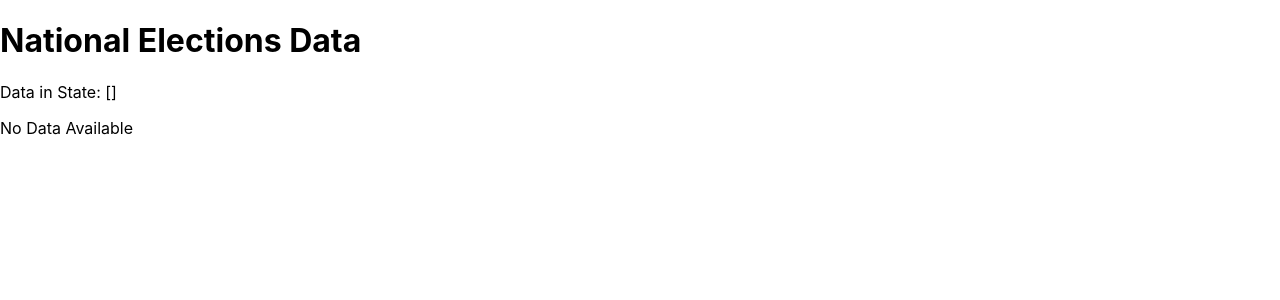
Repository: purushotham012355/votingfrontend
Page: /
These files come from the project's save history. The page is drawn as it stood at one moment and after the next save; the edit follows.
The browser window is 1280 px wide. The pictures show the whole page.
The page's requests for data from a server got no answer. The project was rebuilt for these pictures with package versions that can differ from the ones it lists, and the page was loaded fresh each time. No one was signed in, and anything a server would have sent is missing.

Above is the page before, as saved 2025-03-15 15:02:23.

### src/App.js
import React, { useEffect, useState } from "react";

function App() {
  const [data, setData] = useState([]);

  useEffect(() => {
    fetch("http://localhost:5000/api/national-elections")
      .then((response) => response.json())
      .then((data) => {
        console.log("Fetched Data:", data); // 🔍 Debugging
        setData(data);
      })
      .catch((error) => console.error("Error fetching data:", error));
  }, []);

  return (
    <div>
      <h1>National Elections Data</h1>
      <p>Data in State: {JSON.stringify(data)}</p> {/* Debugging */}

      {data.length === 0 ? (
        <p>No Data Available</p>
      ) : (
        <table border="1">
          <thead>
            <tr>
              <th>ID</th>
              <th>Candidate</th>
              <th>Party</th>
              <th>Votes</th>
            </tr>
          </thead>
          <tbody>
            {data.map((item, index) => (
              <tr key={index}>
                <td>{item.id}</td>
                <td>{item.candidate}</td>
                <td>{item.party}</td>
                <td>{item.votes}</td>
              </tr>
            ))}
          </tbody>
        </table>
      )}
    </div>
  );
}

export default App;

Loaded but not shown: public/index.html (common file); src/index.js (common file); src/index.css (common file); src/reportWebVitals.js (common file)

After the next save:
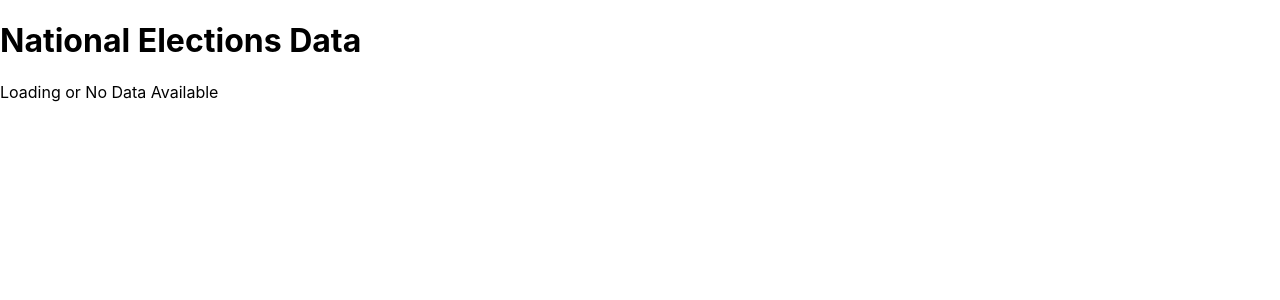
Saved 76 s later.
--- a/src/App.js
+++ b/src/App.js
@@ -7,7 +7,7 @@ function App() {
     fetch("http://localhost:5000/api/national-elections")
       .then((response) => response.json())
       .then((data) => {
-        console.log("Fetched Data:", data); // 🔍 Debugging
+        console.log("Fetched Data:", data); // Debugging
         setData(data);
       })
       .catch((error) => console.error("Error fetching data:", error));
@@ -16,27 +16,40 @@ function App() {
   return (
     <div>
       <h1>National Elections Data</h1>
-      <p>Data in State: {JSON.stringify(data)}</p> {/* Debugging */}
 
       {data.length === 0 ? (
-        <p>No Data Available</p>
+        <p>Loading or No Data Available</p>
       ) : (
         <table border="1">
           <thead>
             <tr>
               <th>ID</th>
+              <th>State</th>
+              <th>Year</th>
+              <th>PC No</th>
+              <th>PC Name</th>
+              <th>PC Type</th>
               <th>Candidate</th>
+              <th>Sex</th>
               <th>Party</th>
               <th>Votes</th>
+              <th>Electors</th>
             </tr>
           </thead>
           <tbody>
-            {data.map((item, index) => (
-              <tr key={index}>
+            {data.map((item) => (
+              <tr key={item.id}>
                 <td>{item.id}</td>
-                <td>{item.candidate}</td>
-                <td>{item.party}</td>
-                <td>{item.votes}</td>
+                <td>{item.state_name}</td>
+                <td>{item.year}</td>
+                <td>{item.pc_no}</td>
+                <td>{item.pc_name}</td>
+                <td>{item.pc_type}</td>
+                <td>{item.candidate_name}</td>
+                <td>{item.candidate_sex}</td>
+                <td>{item.party_name} ({item.party_abbreviation})</td>
+                <td>{item.total_votes_polled}</td>
+                <td>{item.electors}</td>
               </tr>
             ))}
           </tbody>
